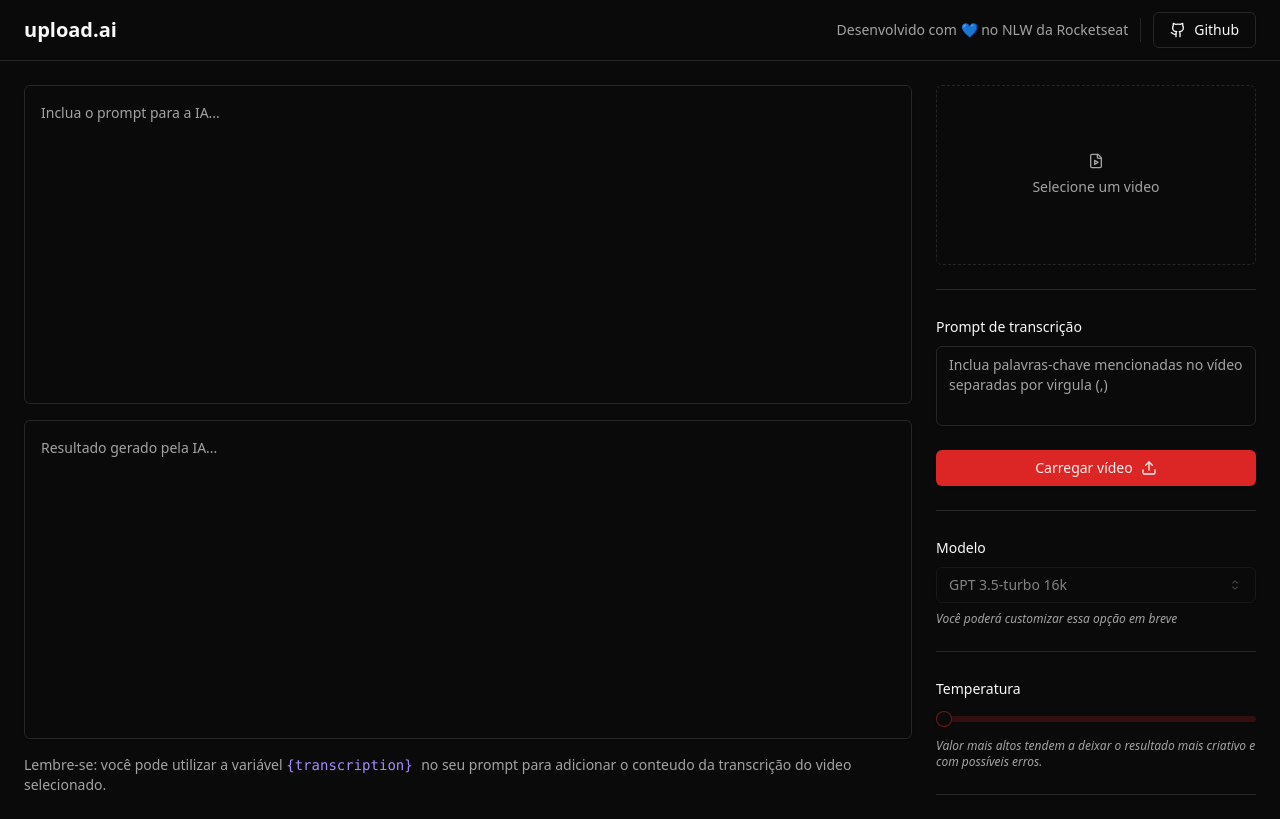
Repository: ricardolimati/upload-ai-web
Page: /
The author's editor kept a copy of each file at every save. The page is drawn from the files as they stood at one save, then again after a run of saves.
The browser window is 1280 px wide. The pictures show the whole page.
The project was rebuilt for these pictures with package versions that can differ from the ones it lists, and the page was loaded fresh each time. Also part of the build but not shown: vite.config.ts.

Above is the page before, as saved 2023-09-12 00:27:54.

After the next 2 saves:
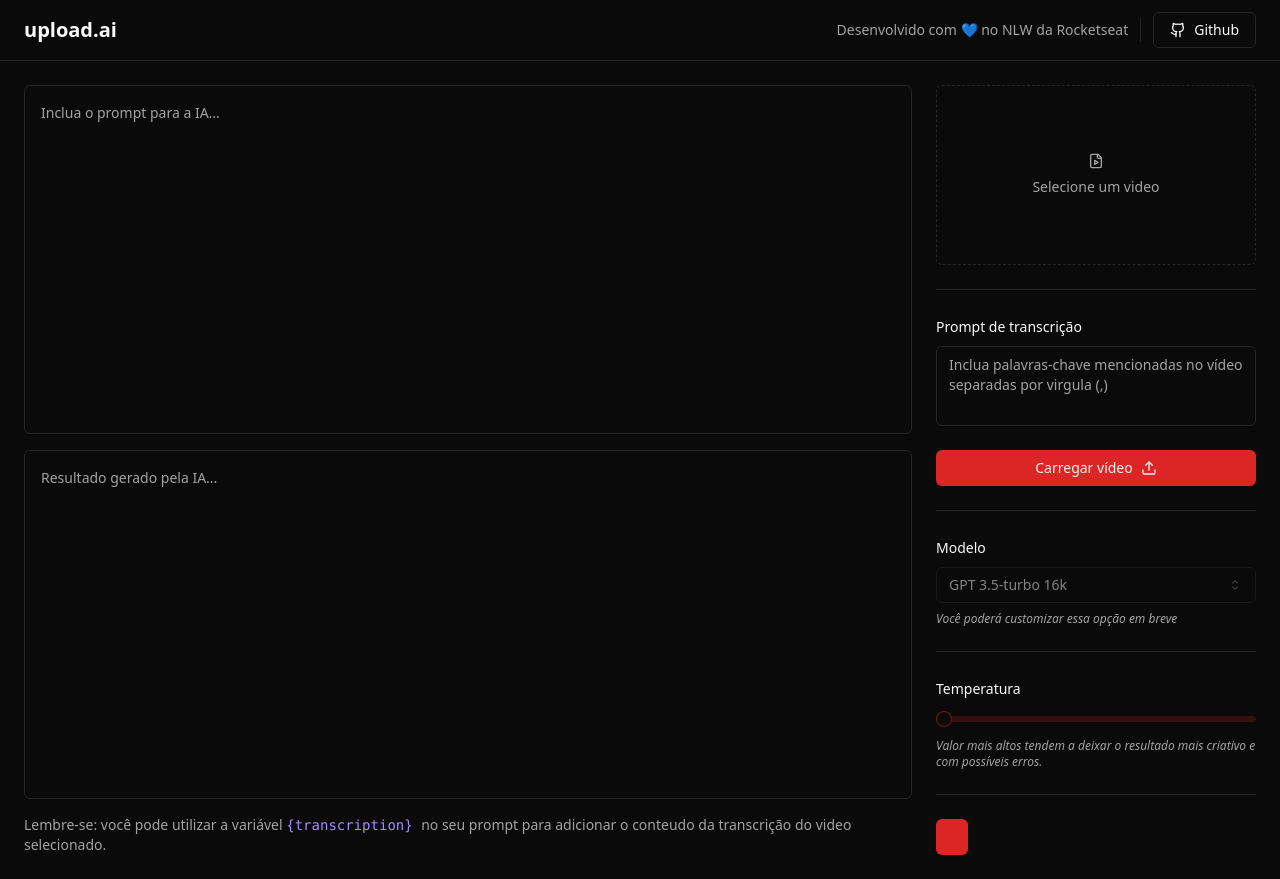
The 2 saves are shown as one change because they came seconds apart.
The last was saved 10 s later.
--- a/src/App.tsx
+++ b/src/App.tsx
@@ -99,7 +99,7 @@ export function App() {
 
           <Separator />
 
-          <Button:submit></Button:submit>
+          <Button type="S"></Button>
 
         </form>
       </aside>
